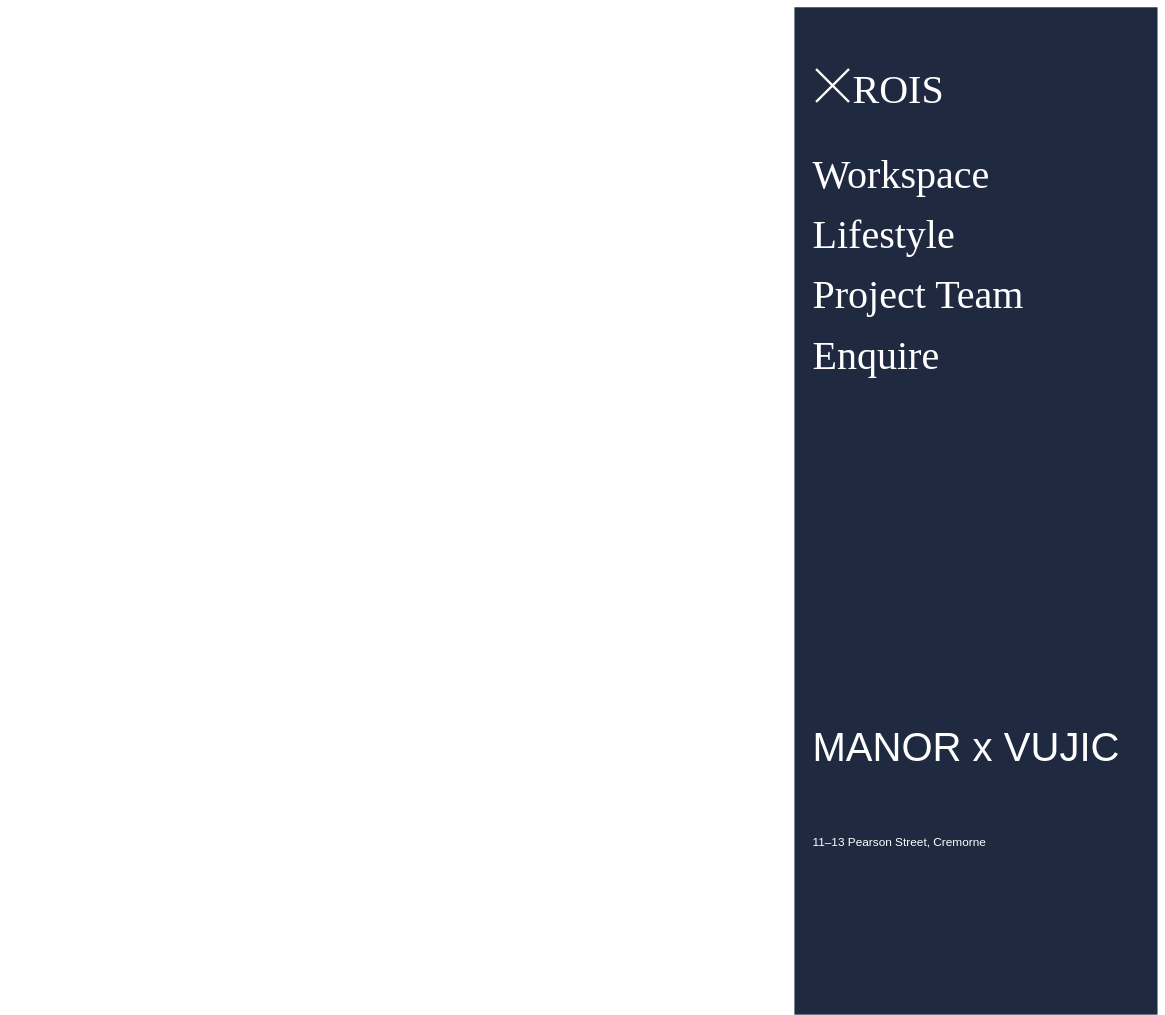
Repository: ThanhMai6507/Rois-Landing-Page
Page: index.html
An editor plug-in stored every save of this project. The page is shown before and after the next save, followed by the edit.
The browser window is 1280 px wide. The pictures show the whole page, at 91% of full size.

Above is the page before, as saved 2022-10-31 11:13:21.

After the next save:
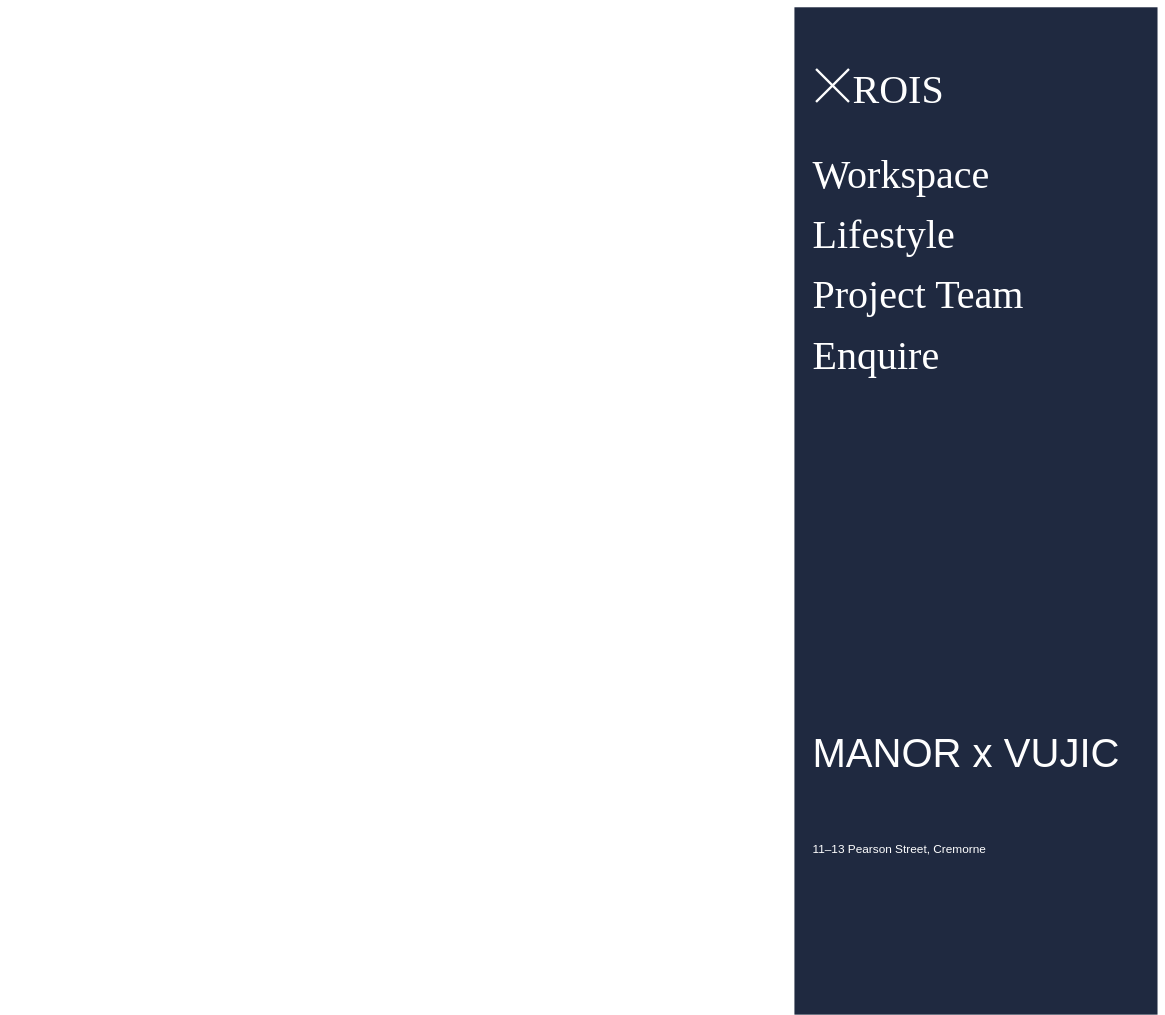
Saved 8 s later.
--- a/style.css
+++ b/style.css
@@ -30,7 +30,7 @@
 }
 
 footer {
-    margin-top: 98%;
+    margin-top: 100%;
     font-family: Arial, Helvetica, sans-serif;
 }
 
